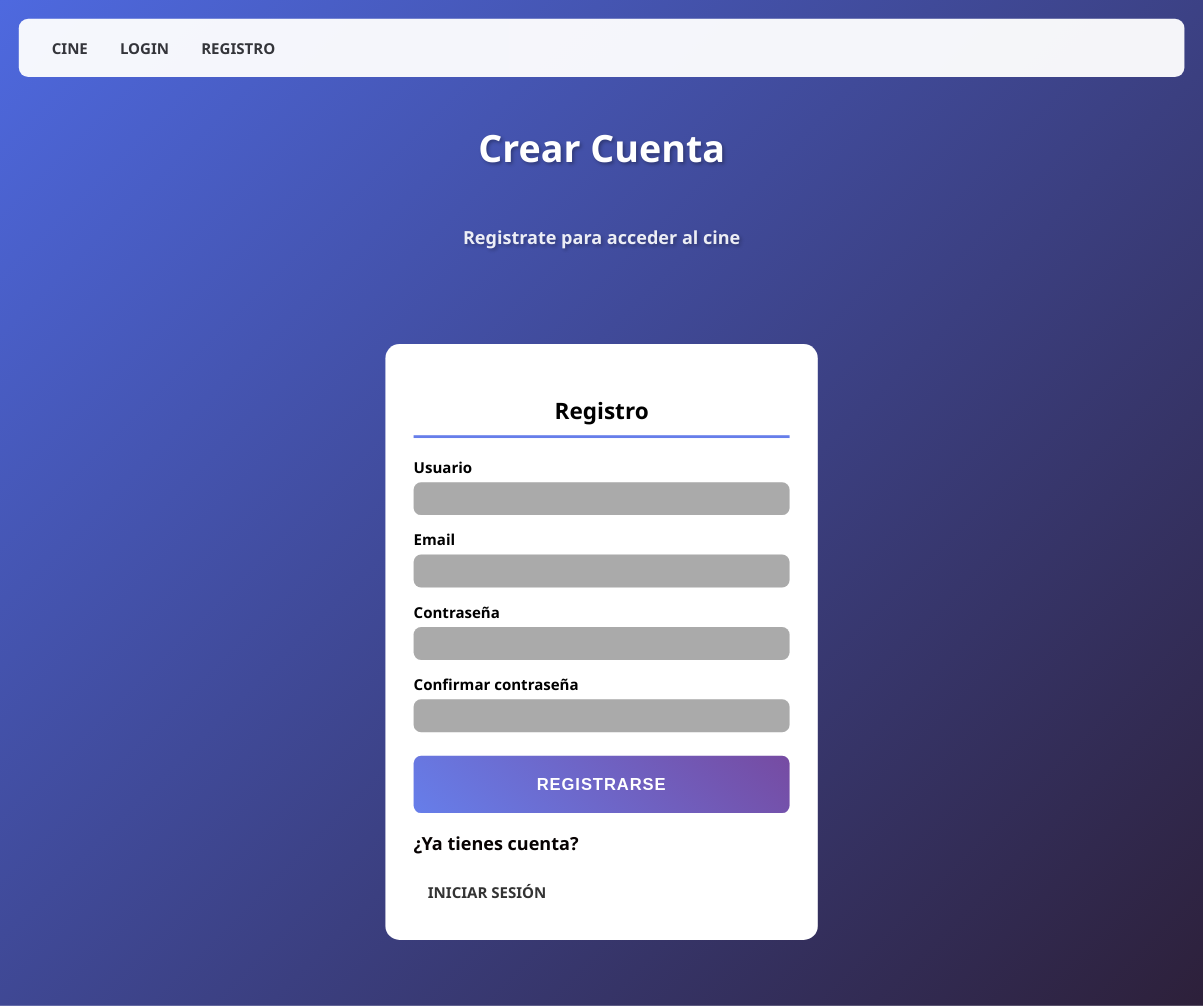
Repository: RoyScc/Practico-Django
Page: http://localhost/register/
An editor plug-in stored every save of this project. The page is shown before and after the next save, followed by the edit.
The browser window is 1280 px wide. The pictures show the whole page, at 94% of full size.
The page is served by the project's application, run on Django 5.2 (manage.py).

Above is the page before, as saved 2026-05-27 09:08:03.

After the next save:
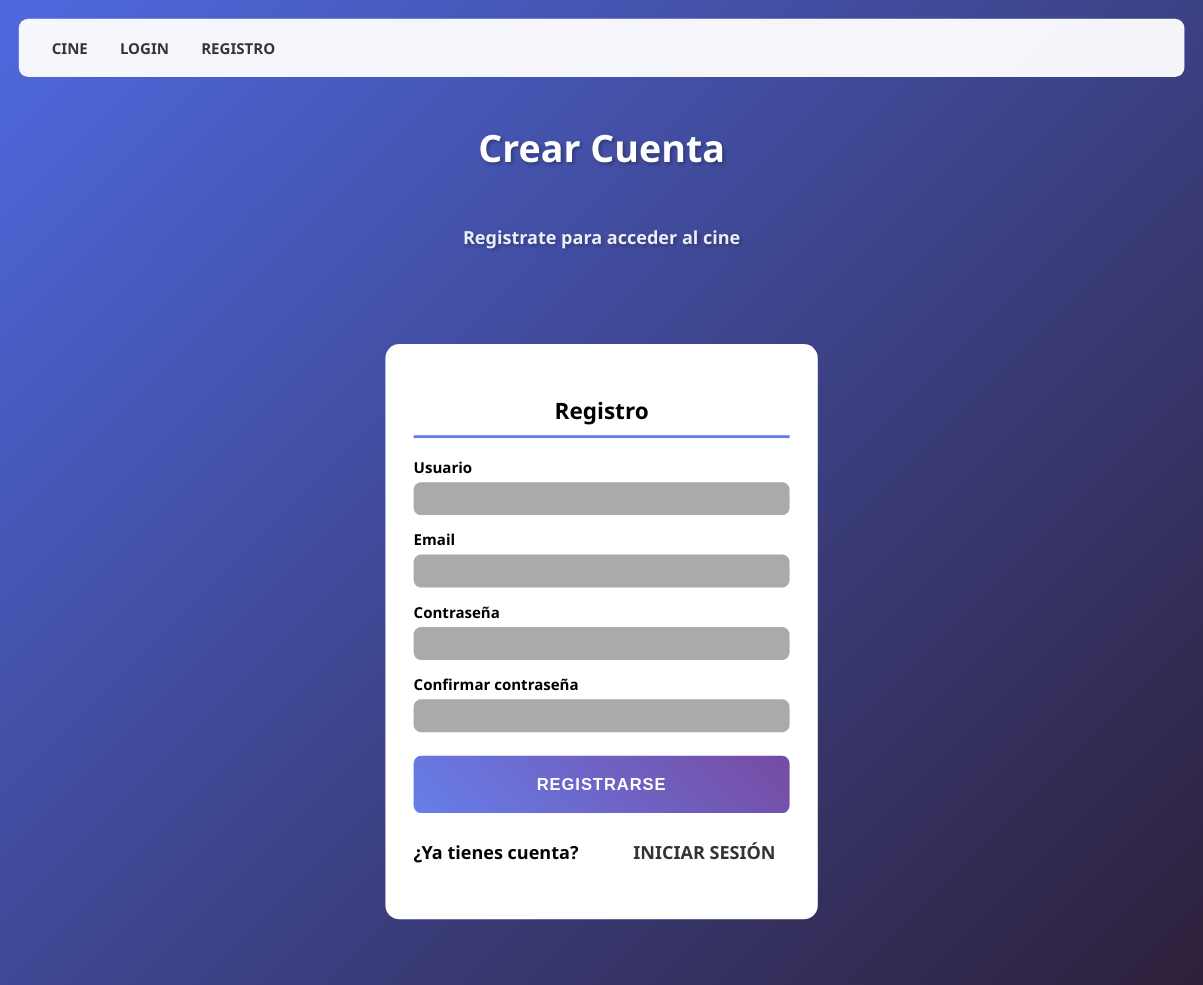
Saved 22 s later.
--- a/tickets/templates/tickets/register.html
+++ b/tickets/templates/tickets/register.html
@@ -43,11 +43,11 @@
 
     <p class="pcartelera">
         ¿Ya tienes cuenta?
+        <a href="{% url 'login' %}">
+            Iniciar sesión
+        </a>
     </p>
 
-    <a href="{% url 'login' %}">
-        Iniciar sesión
-    </a>
 
 </div>
 
